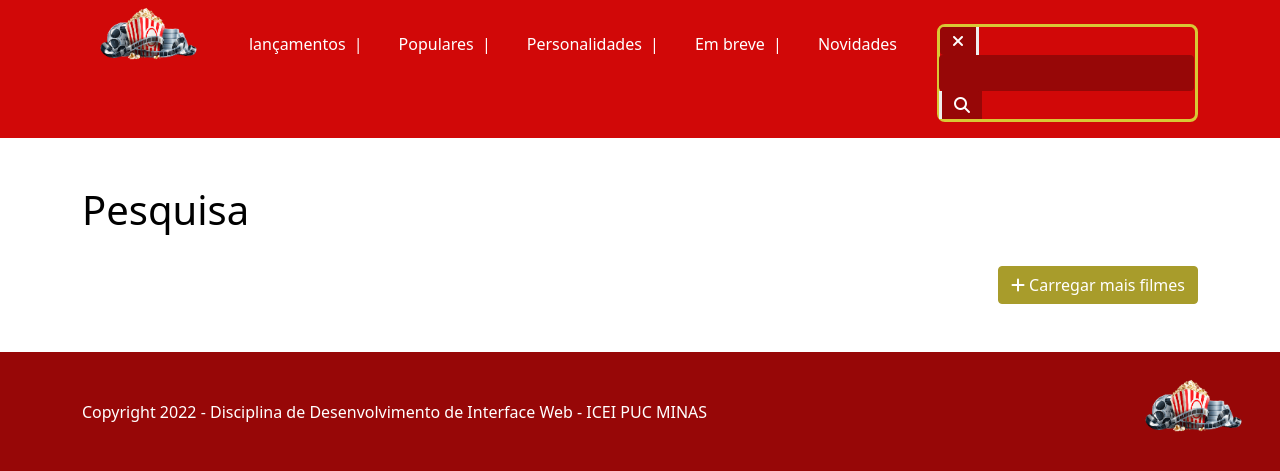
Repository: PedroH-Santos/portalFilmes-Html-JS
Page: Trabalho01-Web/pesquisa.html
These files come from the project's save history. The page is drawn as it stood at one moment and after the next save; the edit follows.
The browser window is 1280 px wide. The pictures show the whole page.
The page's requests for data from a server got no answer. Some web libraries are served in a nearby version.

Above is the page before, as saved 2022-06-09 20:19:29.
Console error (its wording comes from the project's code and is left out).

After the next save:
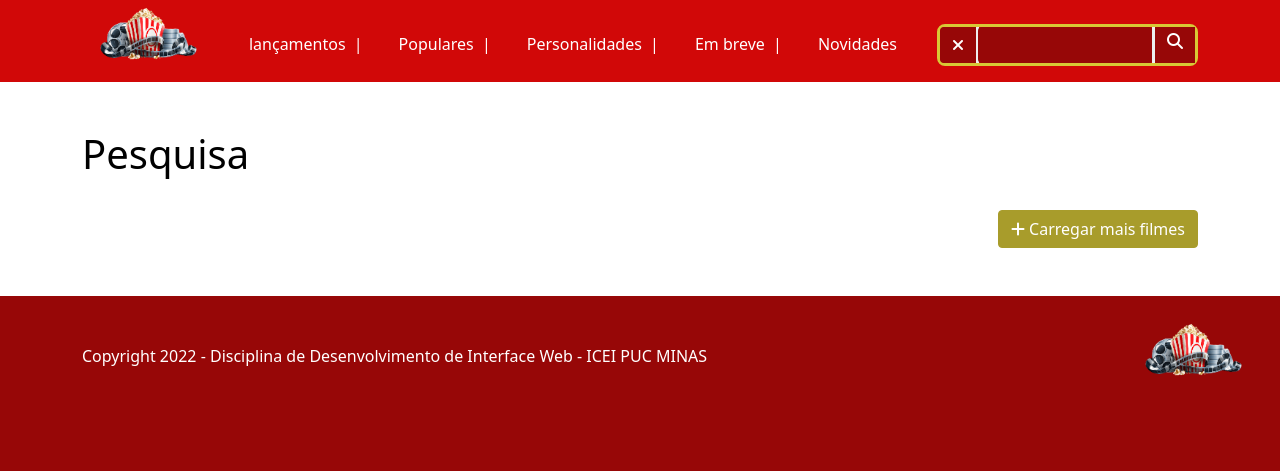
Saved 43 s later.
--- a/Trabalho01-Web/pesquisa.html
+++ b/Trabalho01-Web/pesquisa.html
@@ -51,11 +51,13 @@
                     </ul>
                 </div>
                 <div class="pesquisa col-xl-3 mt-4">
-                    <div class="input-group mb-3">
-                        <a href="#" class="input-group-text input-search emptyInputSearch"><i class="fas fa-times"></i></a>
+                    <div class="input-group searchContainer mb-3 ">
+                        <a href="#" class="input-group-text input-search emptyInputSearch"><i
+                                class="fas fa-times"></i></a>
 
                         <form action="pesquisa.html" method="get" class="formSearch">
-                            <input type="text" class="form-control searchInput" name="search" aria-label="Amount (to the nearest dollar)">
+                            <input type="text" class="form-control searchInput input-search" name="search"
+                                aria-label="Amount (to the nearest dollar)">
                         </form>
                         <a href="#" class="searchButton">
                             <span class="input-group-text input-search"><i class="fas fa-search"></i></span>
